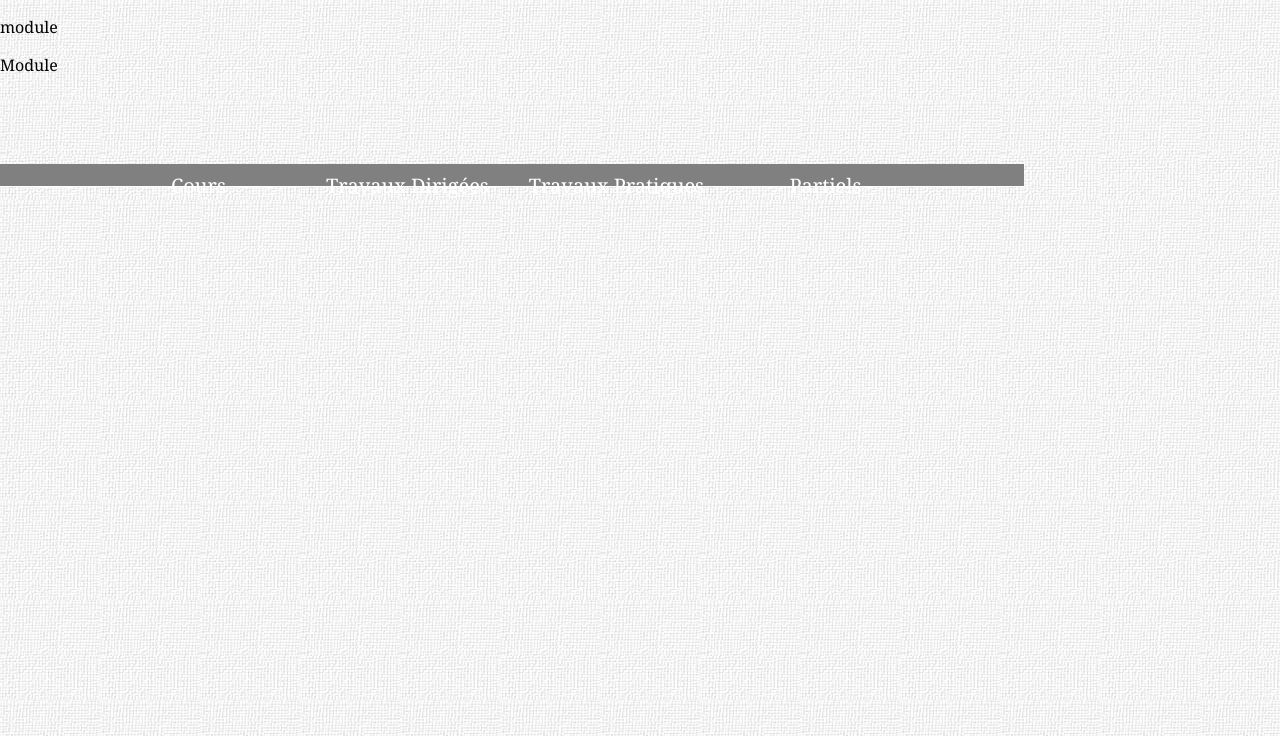
Repository: ValentinArg/PETUT
Page: http://localhost/PETUT/WEB-INF/jsp/eleve/semestre1.jsp
An editor plug-in stored every save of this project. The page is shown before and after the next save, followed by the edit.
The browser window is 1280 px wide. The pictures show the whole page.
After loading, the first visible `#boutonHautBas` was clicked once.
Some web libraries are served in a nearby version. The page is served by Tomcat 9. Nobody is signed in. Other server files are loaded and not shown. The template is opened directly, without the code that normally fills it, so the values that code supplies are empty.

Above is the page before, as saved 2016-10-02 09:47:15.

### PETUT/WebContent/WEB-INF/jsp/eleve/semestre1.jsp
<%@ page language="java" contentType="text/html; charset=ISO-8859-1"
    pageEncoding="ISO-8859-1"%>
<!DOCTYPE html PUBLIC "-//W3C//DTD HTML 4.01 Transitional//EN" "http://www.w3.org/TR/html4/loose.dtd">
<html>
<head>
<meta http-equiv="Content-Type" content="text/html; charset=ISO-8859-1">
<link rel ="stylesheet" href = "/PETUT/css/main.css"/>
<link rel ="stylesheet" href = "/PETUT/css/allSemestres.css"/>
<title>Insert title here</title>
</head>
<body>

	<p class="boutonHautBas" id="boutonHautBas">module</p>
	<jsp:include page="../enTete.jsp"/>
	<div class="navigation" id="navigation">
		<ul>
			<li class="parent" id="parent1"><p class="module">M1101</p></li>
			<li class="parent" id="parent2"><p class="module">M1102</p></li>
			<li class="parent" id="parent1"><p class="module">M1103</p></li>
			<li class="parent" id="parent2"><p class="module">M1104</p></li>
			<li class="parent" id="parent1"><p class="module">M1105</p></li>
			<li class="parent" id="parent2"><p class="module">M1106</p></li>
			<li class="parent" id="parent1"><p class="module">M1107</p></li>
			<li class="parent" id="parent2"><p class="module">M1201</p></li>
			<li class="parent" id="parent1"><p class="module">M1202</p></li>
			<li class="parent" id="parent2"><p class="module">M1203</p></li>
			<li class="parent" id="parent1"><p class="module">M1204</p></li>
			<li class="parent" id="parent2"><p class="module">M1205</p></li>
			<li class="parent" id="parent1"><p class="module">M1206</p></li>
			<li class="parent" id="parent1"><p class="module">Groupe A</p></li>
			<li class="parent" id="parent2"><p class="module">Groupe B</p></li>
			<li class="parent" id="parent1"><p class="module">Groupe C</p></li>
			<li class="parent" id="parent2"><p class="module">Groupe D</p></li>
			<li class="parent" id="parent1"><p class="module">Groupe E</p></li>
			<li class="parent" id="parent2"><p class="module">Groupe F</p></li>
			<li class="parent" id="parent1"><p class="module">Evênement BDE</p></li>

		</ul>

	</div>
	<div class="conteneurGeneral" id="conteneurGeneral">

		<ul class="selection" id="selection">
			<li class=" type"><p>Cours</p></li>
			<li class="type"><p>Travaux Dirigées</p></li>
			<li class="type"><p>Travaux Pratiques</p></li>
			<li class="type"><p>Partiels</p></li>
		</ul>
	</div>
	<script type="text/javascript">

		var haut = false
		function slideUp(){
			if(!haut){
				$('#navigation').slideUp(1000);
				//document.getElementById('conteneurGeneral').style.marginLeft="0px"
				$('#conteneurGeneral').animate({ "left": "-=20%" }, 1000 );
				haut = true;
			}else{
				$('#navigation').slideDown();
				document.getElementById('conteneurGeneral').style.marginLeft="20%"
				haut = false;
			}
		}

		$( '#boutonHautBas' ).click(function(){
			slideUp()});
	</script>
</body>
</html>

### PETUT/WebContent/WEB-INF/jsp/enTete.jsp
<%@ page language="java" contentType="text/html; charset=ISO-8859-1"
    pageEncoding="ISO-8859-1"%>
<!DOCTYPE html PUBLIC "-//W3C//DTD HTML 4.01 Transitional//EN" "http://www.w3.org/TR/html4/loose.dtd">
<html>
<head>
	<meta http-equiv="Content-Type" content="text/html; charset=ISO-8859-1">
	<title>Insert title here</title>
	<link rel ="stylesheet" href = "/PE2I/css/main.css"/>
	<script src="https://code.jquery.com/jquery-1.12.4.js"></script>
  	<script src="https://code.jquery.com/ui/1.12.1/jquery-ui.js"></script>

</head>
<body>
	<div class=enTete>
		<p class="boutonHautBas" id="boutonHautBas">Module</p>
		<ul class="nav" id="nav">
			<c:forEach var="forum" items="${listeForum}">
				<li class=" partie"><a class="forum" id="${forum.id}"><c:out value="${forum.nom}"/></a></li>
			</c:forEach>
			<!-- <li class="partie" id="banniere"><a>PETUT</a></li>-
			<li class=" partie"><a class="forum" id="1">Cours</a></li>
			<li class="partie"><a class="forum" id="2">Travaux Dirigées</a></li>
			<li class="partie"><a class="forum" id="3">Travaux Pratiques</a></li>
			<li class="partie"><a class="forum" id="4">Partiels</a></li>
			<li class="partie"><a>Mon Compte</a></li>-->
		</ul>
	</div>

</body>
</html>

### PETUT/WebContent/css/main.css
@CHARSET "ISO-8859-1";

@CHARSET "UTF-8";
/* Général ------------------------------------------------------------------------------------- */

html {
  height: 100%;
  box-sizing: border-box;
}

*,
*:before,
*:after {
  box-sizing: inherit;
}

body {
	background-image : url(../images/fond.jpg);
	position: relative;
 	margin: 0;
  padding-bottom: 6rem;
  min-height: 100%;
}

body,p,legend, label, input {
    font: normal 8pt;
    font-family:  Georgia, serif;
}

header img {
	width:470px;
	display:inline;
}
header .logoiut{
	height:135px;
	width:215px;
}
header{

	height:135px;
	margin-left:auto;
	margin-right:auto;
	background-image : url(../images/fondbanniere.jpg);
	width:85%;
	min-width:880px;
}
nav {
	width:85%;
	min-width:880px;
	margin-left:auto;
	margin-right:auto;
	text-align:left;

}
.general{
	width:85%;
	min-width:880px;
	margin-left:auto;
	margin-right:auto;
	background-image:url(../images/fondgeneral.jpg);
	padding-top:30px;
	padding-bottom:10px;
	min-height:69vh;
	margin-bottom:-24px;
}
footer {
	width:85%;
	min-width:880px;
	margin-left:auto;
	margin-right:auto;
	font-size:80%;
	position: absolute;
  	right: 0;
  	bottom: 0;
  	left: 0;
  	padding: 1rem;
  	margin-top:0;
	background-image:url(../images/fondgeneral.jpg);
}

### PETUT/WebContent/css/allSemestres.css
.parent{

	list-style:none;
	font-size:15px;
	cursor:pointer;
	width:100%;
	display:inline-block;

}

.navigation ul{
	width:100%;
	display:inline-block;

}




ul{
	margin:0;
	padding:0;
}

.ue {

	border-top:solid 1px white;
	display:block;
	padding:10px;
	text-align:center;
	background-color:#4CAF50;
	margin:0;
}

.ue:hover{
	color:white;
}

.module p{

	border:none;
	border-bottom:solid 1px white;
	display: block;
	padding:10px;
	text-align:center;
	background-color:#333;
	margin:0;


}

.module p:hover{
	color:white;
	cursor:pointer;
}

.semestres{
	background-color:#4CAF50;

}

a{
	cursor:pointer;
}





body{

	margin:0;
	padding:0;
}



.navigation{

	display:inline-block;
	list-style : none;
	margin:0;
	padding:0;
	position: relative;
	z-index:5;
	width:20%;
	border-bottom:solid 1px white;
	text-align:center;
	height:95.5%;
	max-height:95.3%;
	overflow: auto;


}

.conteneurGeneral{
	text-align:justify;
	display:inline-block;
	height:100%;
	position:relative;
	width: 80%;
	margin:0;
	margin-left:20%;
	padding:0;
	margin-top:50px;
	vertical-align:top;

}

.selection{
	display:block;
	vertical-align:top;
	list-style : none;
	margin:0;
	background: Grey;
	z-index:5;
	height:4.7%;
	border-bottom:solid 1px white;
	text-align: center;

}



.type {
	display: inline-block;
	padding:8px;
	font-size:20px;
	height:20px;
	vertical-align:top;
	width:20%;

}

.type p {
	margin:0;
	padding:0;
	color:white;
	cursor:pointer;
}

.type:hover{
	background:#333;

}

.tableauTopic{
	text-align: center;
	position:relative;
	display:block;

}

After the next save:
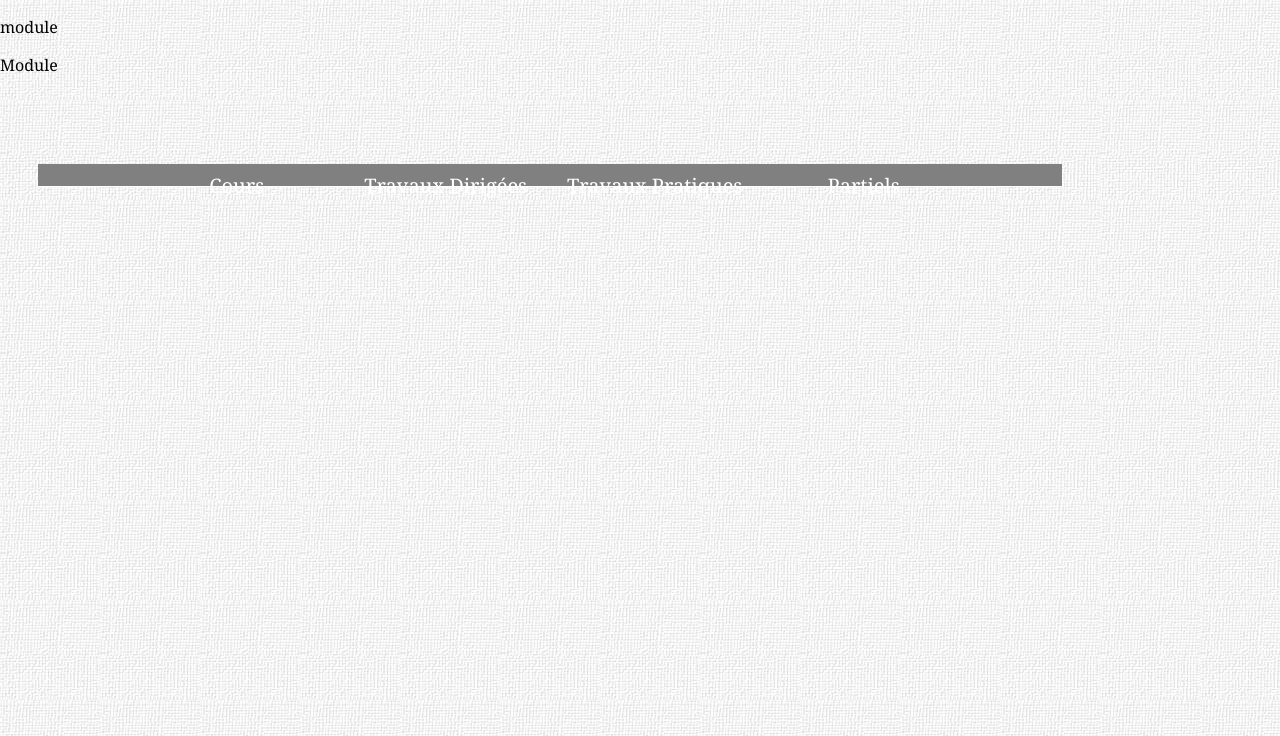
Saved 7 s later.
--- a/PETUT/WebContent/WEB-INF/jsp/eleve/semestre1.jsp
+++ b/PETUT/WebContent/WEB-INF/jsp/eleve/semestre1.jsp
@@ -54,7 +54,7 @@
 			if(!haut){
 				$('#navigation').slideUp(1000);
 				//document.getElementById('conteneurGeneral').style.marginLeft="0px"
-				$('#conteneurGeneral').animate({ "left": "-=20%" }, 1000 );
+				$('#conteneurGeneral').animate({ "left": "-=20%" }, 2000 );
 				haut = true;
 			}else{
 				$('#navigation').slideDown();
